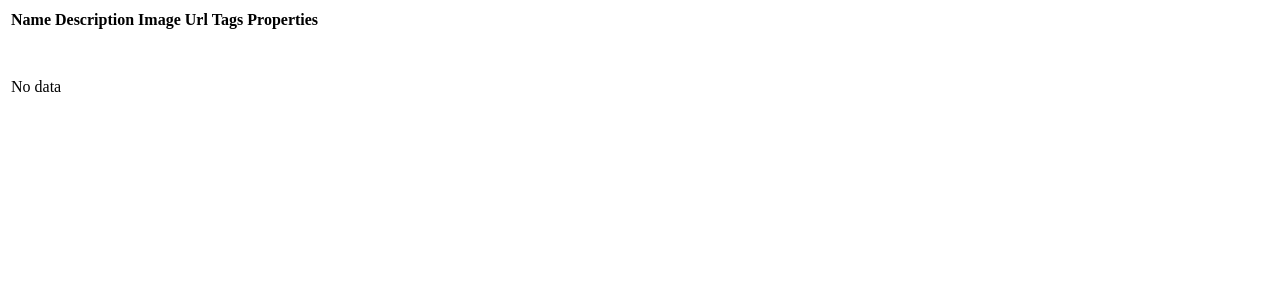
Repository: nitpfy/vote-applet
Page: / (app in table/)
The author's editor kept a copy of each file at every save. The page is drawn from the files as they stood at one save, then again after the next save.
The browser window is 1280 px wide. The pictures show the whole page.
The page's requests for data from a server got no answer. The project was rebuilt for these pictures with package versions that can differ from the ones it lists, and the page was loaded fresh each time. No one was signed in, and anything a server would have sent is missing.

Above is the page before, as saved 2022-01-19 23:52:03.

After the next save:
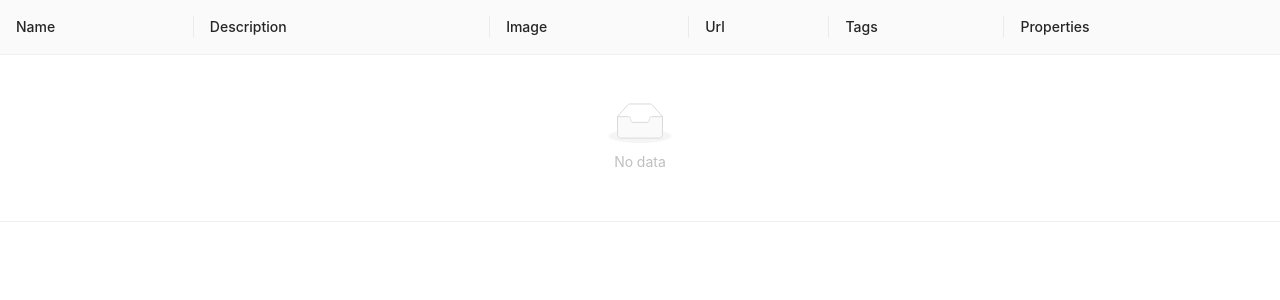
Saved 2 min 8 s later.
--- a/table/src/App.js
+++ b/table/src/App.js
@@ -1,6 +1,7 @@
 import React, { memo, useEffect, useState } from 'react';
+import 'antd/dist/antd.css';
+import { Table, Tag, Space } from 'antd';
 import {useAxios} from './hooks'
-import { Table, Tag, Space } from 'antd';
 
 export default memo(function App() {
   const {data,loading,error} = useAxios({url:'http://www.mocky.io/v2/5ea28891310000358f1ef182'})
